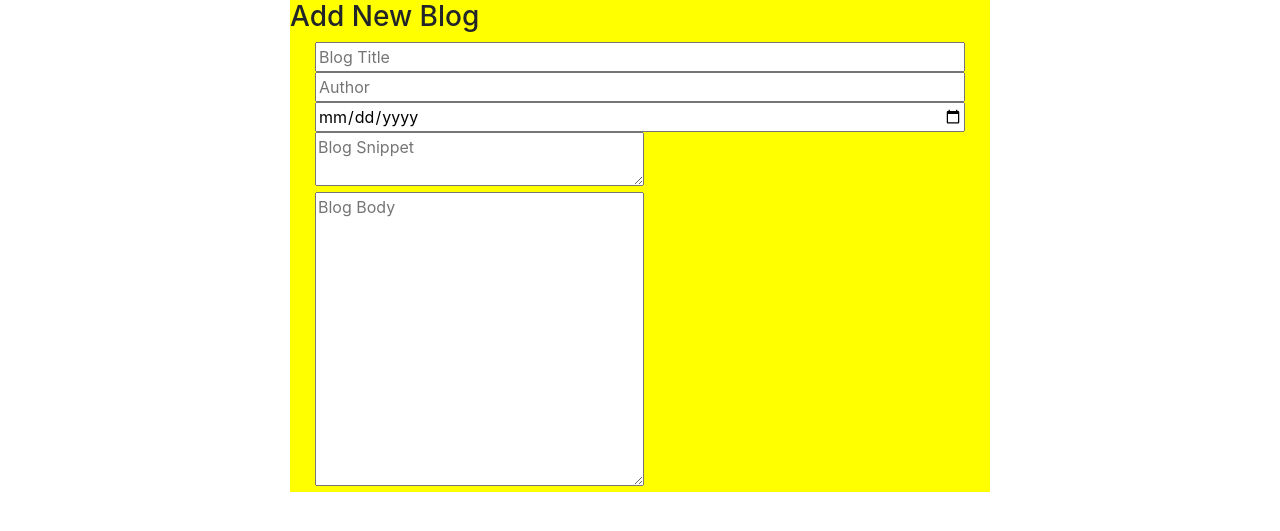
Repository: just-mann/just-blog
Page: http://localhost/add-blog
An editor plug-in stored every save of this project. The page is shown before and after the next save, followed by the edit.
The browser window is 1280 px wide. The pictures show the whole page.
The page is served by the project's Node server (index.js).

Above is the page before, as saved 2022-01-29 12:32:16.

### views/add-blog.ejs
<!doctype html>
<html lang="en">
  <head>
    <title>JUSTCODE | Add New Blog</title>
    <!-- Required meta tags -->
    <meta charset="utf-8">
    <meta name="viewport" content="width=device-width, initial-scale=1, shrink-to-fit=no">
    <!-- Bootstrap CSS -->
    <link rel="stylesheet" href="https://stackpath.bootstrapcdn.com/bootstrap/4.3.1/css/bootstrap.min.css" integrity="sha384-ggOyR0iXCbMQv3Xipma34MD+dH/1fQ784/j6cY/iJTQUOhcWr7x9JvoRxT2MZw1T" crossorigin="anonymous">
    <link rel="stylesheet" href="app.css">
  </head>
  <body>
    <div class="addBlog">
      <h3>Add New Blog</h3>
      <form action="/add-new-blog" method="POST">
        <div class="titleDiv">
          <input type="text" name="title" class="blog-title" placeholder="Blog Title">
        </div>
        <div class="authorDiv">
          <input type="text" name="title" class="blog-author" placeholder="Author">
        </div>
        <div class="dateDiv">
          <input type="date" name="date" class="blog-date">
        </div>
        <div class="snippetDiv">
          <textarea name="blog-snippet" id="blog-snippet" cols="30" rows="2.5" class="blog-snippet" placeholder="Blog Snippet"></textarea>
        </div>
        <div>
          <textarea name="blog-body" id="blog-body" cols="30" rows="12" class="blog-body" placeholder="Blog Body"></textarea>
        </div>
      </form>
    </div>

    <!-- Optional JavaScript -->
    <!-- jQuery first, then Popper.js, then Bootstrap JS -->
    <script src="https://code.jquery.com/jquery-3.3.1.slim.min.js" integrity="sha384-q8i/X+965DzO0rT7abK41JStQIAqVgRVzpbzo5smXKp4YfRvH+8abtTE1Pi6jizo" crossorigin="anonymous"></script>
    <script src="https://cdnjs.cloudflare.com/ajax/libs/popper.js/1.14.7/umd/popper.min.js" integrity="sha384-UO2eT0CpHqdSJQ6hJty5KVphtPhzWj9WO1clHTMGa3JDZwrnQq4sF86dIHNDz0W1" crossorigin="anonymous"></script>
    <script src="https://stackpath.bootstrapcdn.com/bootstrap/4.3.1/js/bootstrap.min.js" integrity="sha384-JjSmVgyd0p3pXB1rRibZUAYoIIy6OrQ6VrjIEaFf/nJGzIxFDsf4x0xIM+B07jRM" crossorigin="anonymous"></script>
  </body>
</html>

### index.js
const express = require('express');
const cors = require('cors');
const bodyParser = require('body-parser');


const app = express();

// BodyParser to tidy up the input from the form
app.use(bodyParser.urlencoded({ extended: true }));

// Static
app.use(express.static('public'))


// Setting the view engine
app.set('view engine', 'ejs');




// Get all the blogs from the database
app.get('/api/blogs', cors(), (req, res) => {
    res.send('Server is running.');
})

// Render the form that let's you add a new blog
app.get('/add-blog', (req, res) => {
    res.render('add-blog');
})


// Add new blog to the database
app.post('/add-new-blog', (req, res) => {

})







const PORT = process.env.PORT || 5000;
app.listen(PORT, () => console.log(`Server is running on port ${PORT}`))

### public/app.css


.addBlog {
    max-width: 700px;
    margin: auto;
    background: yellow;
}

form {
    max-width: 650px;
    margin: auto;
}

form div {
    width: 100%;
}

form div input {
    width: 100%;
}

After the next save:
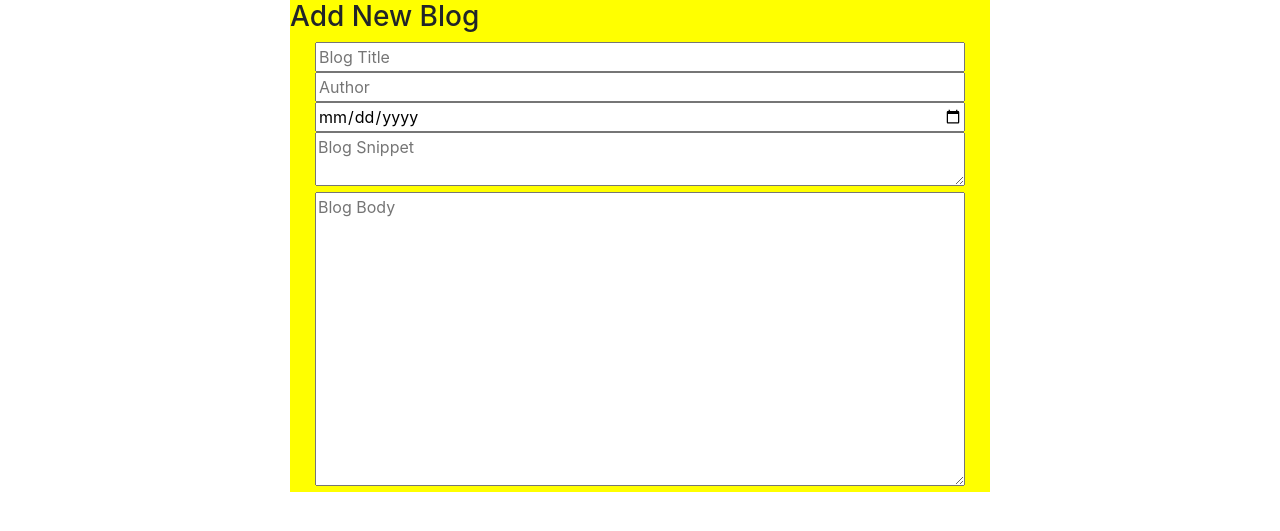
Saved 29 s later.
--- a/public/app.css
+++ b/public/app.css
@@ -18,3 +18,7 @@ form div {
 form div input {
     width: 100%;
 }
+
+form div textarea {
+    width: 100%;
+}
